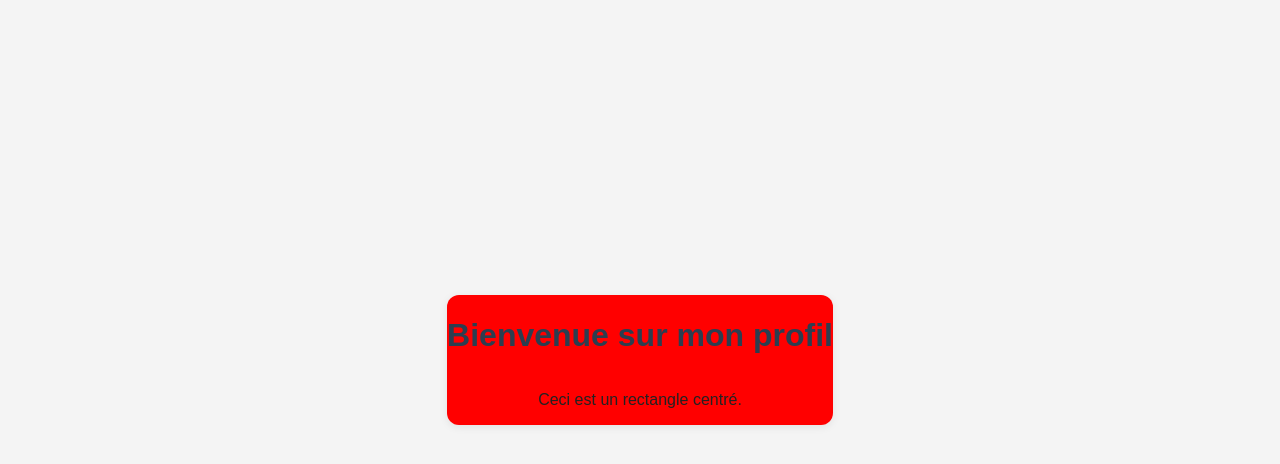
Repository: quadrinex/profile
Page: index.html
An editor plug-in stored every save of this project. The page is shown before and after the next save, followed by the edit.
The browser window is 1280 px wide. The pictures show the whole page.

Above is the page before, as saved 2025-06-30 16:12:56.

### index.html
<!DOCTYPE html>
<html lang="fr">
<head>
    <meta charset="UTF-8">
    <meta name="viewport" content="width=device-width, initial-scale=1.0">
    <title>Mon Profil</title>
    <link rel="stylesheet" href="main.css">
</head>
<body>
    <!-- ...votre contenu ici... -->
    <div class="container">
        <h1>Bienvenue sur mon profil</h1>
        <p>Ceci est un rectangle centré.</p>
    </div>
</body>
</html>

### main.css
body {
    font-family: Arial, sans-serif;
    background: #f4f4f4;
    margin: 0;
    padding: 0;
    color: #222;
}

h1, h2, h3 {
    color: #2c3e50;
}

a {
    color: #3498db;
    text-decoration: none;
}

a:hover {
    text-decoration: underline;
}

.container {
    max-width: fit-content;
    max-height: fit-content;
    margin: auto;
    background: #ff0000;
    border-radius: 12px;
    box-shadow: 0 2px 8px rgba(0,0,0,0.08);
    display: flex;
    justify-content: center;
    align-items: center;
    position: fixed;
    inset: 0px;
    margin: auto;
    flex-direction: column;

}

After the next save:
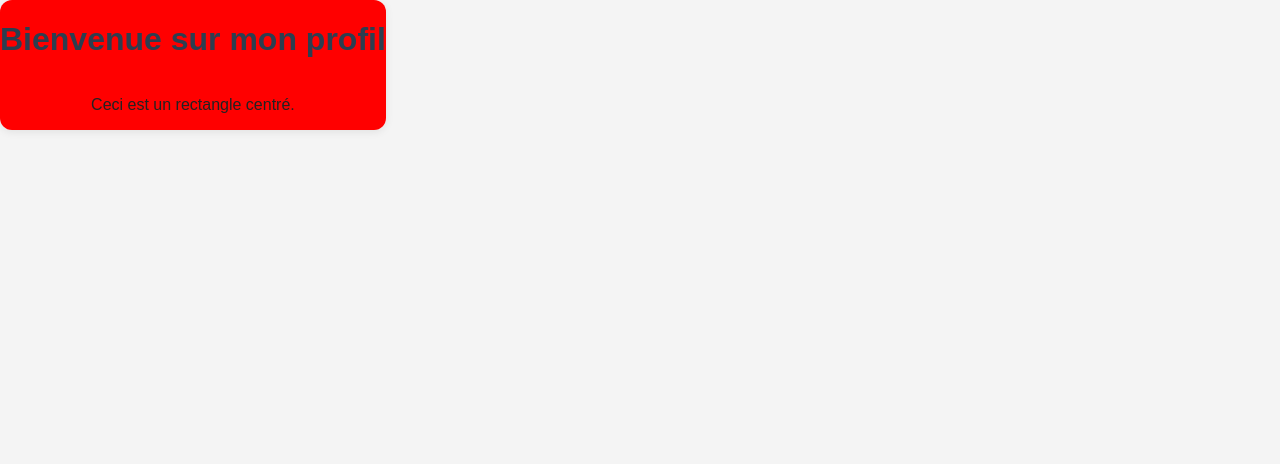
Saved 29 s later.
--- a/main.css
+++ b/main.css
@@ -30,7 +30,6 @@
     justify-content: center;
     align-items: center;
     position: fixed;
-    inset: 0px;
     margin: auto;
     flex-direction: column;
 

After the save that followed:
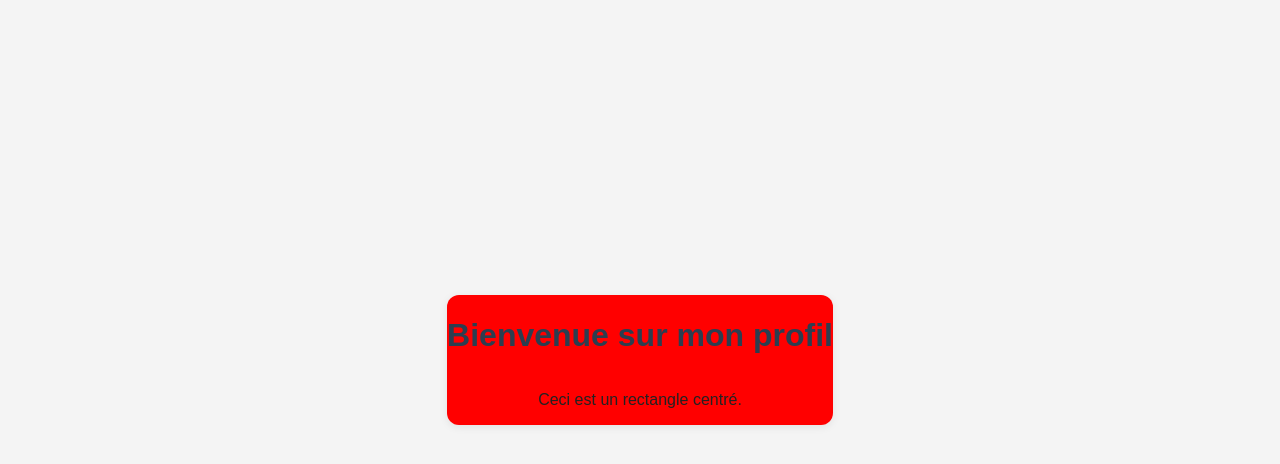
Saved 24 s later.
--- a/main.css
+++ b/main.css
@@ -30,6 +30,7 @@
     justify-content: center;
     align-items: center;
     position: fixed;
+    inset: 10px;
     margin: auto;
     flex-direction: column;
 
